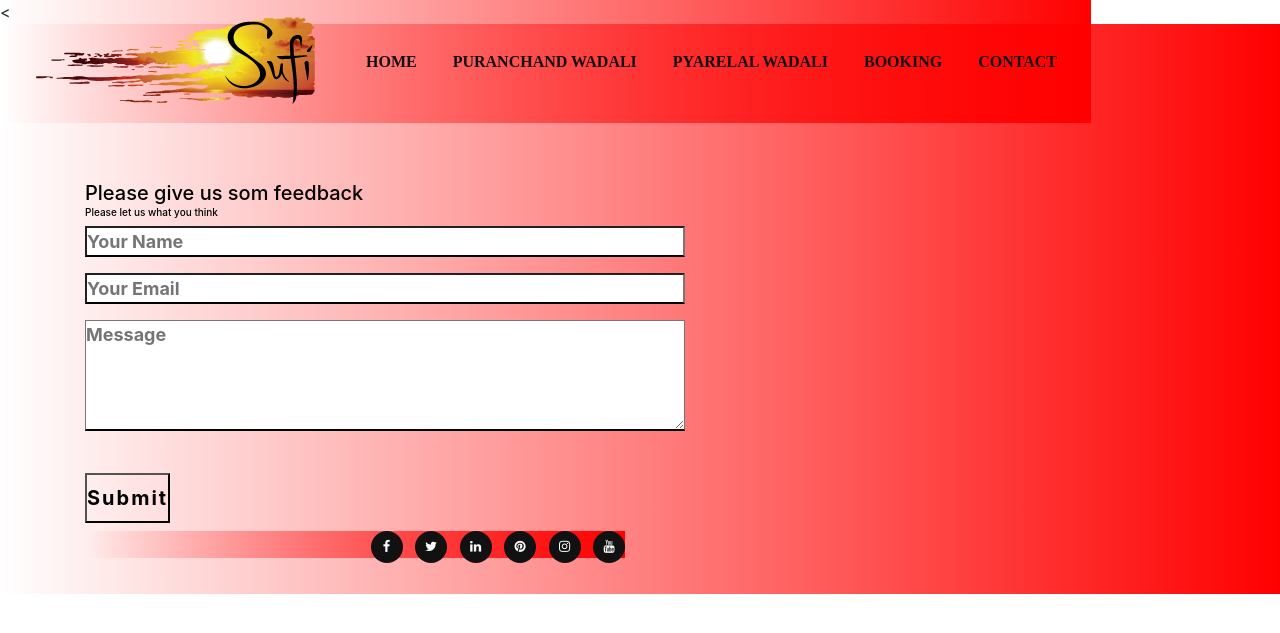
Repository: hankanallt/Wadalis
Page: contact.html
The author's editor kept a record of every edit. The page is drawn from the files as they stood at one moment, then again after the next edit.
The browser window is 1280 px wide. The pictures show the whole page.

Above is the page before.

After the next edit:
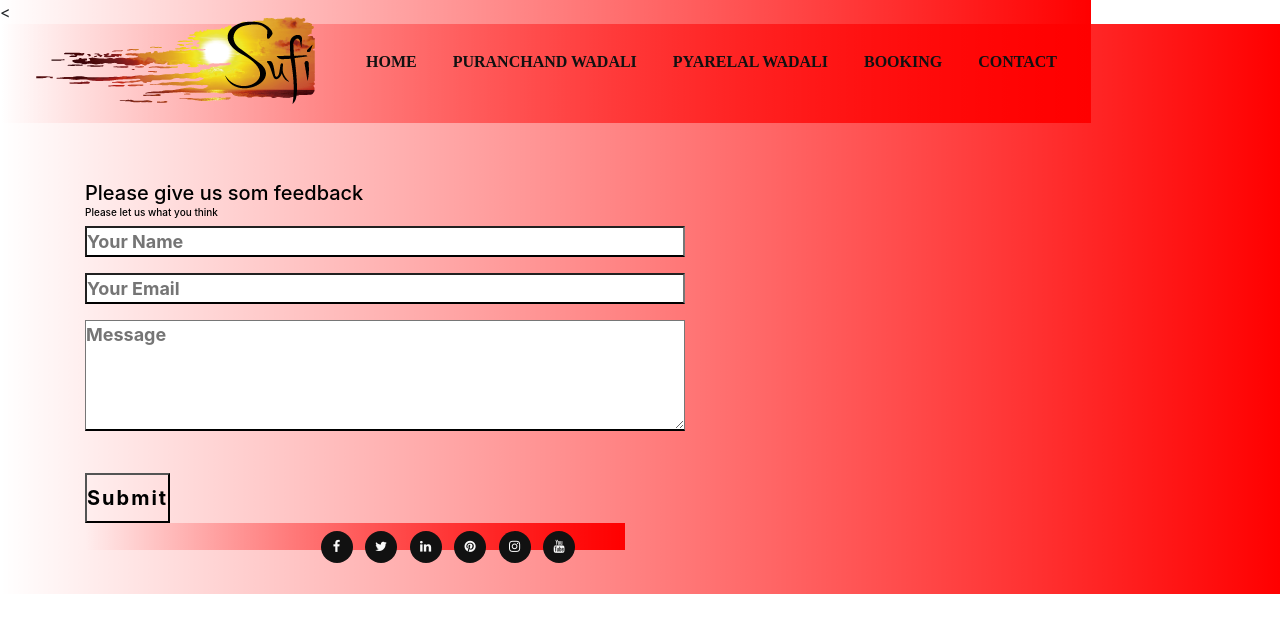
The edit:
--- a/contact.html
+++ b/contact.html
@@ -75,9 +75,8 @@
                 </form>
             </div>
 
-
-    <footer class="mainfooter">
-    <div class="footer" ml-auto>
+  <footer class="mainfooter">
+    <div class="foot" ml-auto>
                 <h5 class="uppercase general-sub"></h5>
                 <ul class="list-inline social-links">
                     <li class="list-inline-item">
@@ -119,6 +118,6 @@
                 </ul>
             </div>
 
-  </footer>
+    </footer>
 </body>
 </html>
